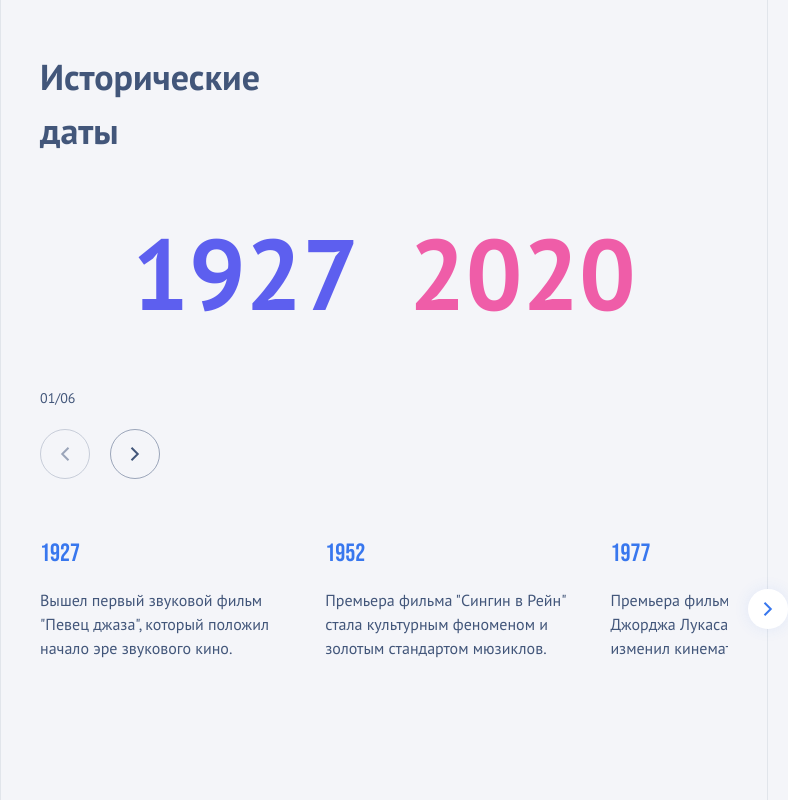
Repository: LenarTulupov/only
Page: /
The author's editor kept a copy of each file at every save. The page is drawn from the files as they stood at one save, then again after a run of saves.
The browser window is 768 px wide. The page is 788 px wide, so the pictures cover 788 px, including what lies to the right of the window. The pictures show the whole page.
The project was rebuilt for these pictures with package versions that can differ from the ones it lists, and the page was loaded fresh each time.

Above is the page before, as saved 2024-12-19 16:55:46.

### public/index.html
<!DOCTYPE html>
<html lang="en">
  <head>
    <meta charset="utf-8" />
    <link rel="icon" href="%PUBLIC_URL%/favicon.ico" />
    <meta name="viewport" content="width=device-width, initial-scale=1" />
    <meta name="theme-color" content="#000000" />
    <meta
      name="description"
      content="Web site created using create-react-app"
    />
    <link rel="apple-touch-icon" href="%PUBLIC_URL%/logo192.png" />
    <link rel="manifest" href="%PUBLIC_URL%/manifest.json" />
    <title>Only Test</title>
  </head>
  <body>
    <noscript>You need to enable JavaScript to run this app.</noscript>
    <div id="root"></div>
  </body>
</html>

### src/index.tsx
import React from 'react';
import ReactDOM from 'react-dom/client';
import Router from './router/router';
import './globals.scss'

const root = ReactDOM.createRoot(
  document.getElementById('root') as HTMLElement
);
root.render(
  <React.StrictMode>
    <Router />
  </React.StrictMode>
);

### src/router/router.tsx
import { BrowserRouter, Route, Routes } from "react-router-dom";
import HomePage from "../pages/home/page";
import PagesLayout from "../layouts/pages-layout";

export default function Router() {
  return (
    <BrowserRouter>
      <Routes>
        <Route element={<PagesLayout />}>
          <Route path="/" element={<HomePage />} />
        </Route>
      </Routes>
    </BrowserRouter>
  )
};

### src/globals.scss
@import url('https://fonts.googleapis.com/css2?family=Bebas+Neue&family=PT+Sans:wght@400;700&display=swap');

:root {
  --background-color: #F4F5F9;
  --main-color: #42567a;
  --main-color-rgba: rgba(66, 86, 122, 0.5);
  --accent-color: #5D5FEF;
  --light-accent-color: #3877EE;
  --accent-second: #EF5DA8;
  --font-main: "PT Sans", serif;
  --font-second: "Bebas Neue", serif;
  --line-height: 150%;
  --font-size-main: 56px;
  --font-size-small: 14px;
  --font-size-big: 200px;
}
body {
  margin: 0;
  padding: 0;
  background-color: var(--background-color);
  color: var(--black-color);
  font-family: var(--font-main);
  line-height: var(--line-height);
}
ul {
  padding: 0;
  margin: 0;
}

li {
  list-style-type: none;
}

a {
  color: var(--black-color);
  text-decoration: none;
}

h1 {
  margin: 0;
}

### src/pages/home/page.tsx
import Container from "../../components/ui/container/container";
import Divider from "../../components/ui/divider/divider";
import HistorySection from "./history/history";
import styles from './page.module.scss';

export default function HomePage() {
  return (
    <div className={styles['home-page']}>
      <Container>
        <div className={styles['home-page__wrapper']}>
          <Divider
            position="vertical"
            className={styles.divider_vertical}
          />
          <HistorySection />
        </div>
      </Container>
    </div>
  )
};

### src/layouts/pages-layout.tsx
import { Outlet } from 'react-router-dom';
import styles from './pages-layout.module.scss';

export default function PagesLayout() {
  return (
    <div className={styles['pages-layout']}>
      <Outlet />
    </div>
  )
};

### src/components/ui/container/container.tsx
import { ReactNode } from "react"
import styles from './container.module.scss';

interface IContainer {
  children: ReactNode;
}

export default function Container({ children }: IContainer) {
  return (
    <div className={styles.container}>
      {children}
    </div>
  )
};

### src/components/ui/divider/divider.tsx
import styles from './divider.module.scss';

interface IDivider {
  position?: 'horizontal' | 'vertical';
  className?: string;
}

export default function Divider({
  position = 'horizontal', className }: IDivider) {
  return <div className={`
    ${styles.divider}
    ${styles[`divider_${position}`]}
    ${className || ''}
  `}/>
};

### src/pages/home/history/history.tsx
import { useState } from "react";
import Title from "../../../components/ui/title/title";
import { circleItems } from "../../../constants/circle-items";
import Circle from "./circle/circle";
import styles from './history.module.scss';
import StepNavigation from "./step-navigation/step-navigation";
import ContentContainer from "../../../components/ui/content-container/content-container";
import Divider from "../../../components/ui/divider/divider";
import Dates from "./dates/dates";
import HistorySlider from "./history-slider/history-slider";

export default function HistorySection() {
  const [activeButton, setActiveButton] = useState<number>(1);
  const activeCategory = circleItems.find((item) => item.id === activeButton);
  const firstDate = activeCategory?.events[0]?.year;
  const lastDate = activeCategory?.events.at(-1)?.year;
  return (
    <section className={styles.history}>
      <Title className={styles.history__title} showBefore>
        Исторические даты
      </Title>
      <div className={styles['history__circle-wrapper']}>
        <Circle
          className={styles.history__circle}
          activeButton={activeButton}
          setActiveButton={setActiveButton}
        />
        <Divider
          position="horizontal"
          className={styles['history__line-center']}
        />
        <Dates
          className={styles.history__dates}
          firstDate={firstDate}
          lastDate={lastDate}
        />
      </div>
      <ContentContainer className={styles['history__content-container']}>
        <StepNavigation
          activeButton={activeButton}
          setActiveButton={setActiveButton}
        />
        <HistorySlider
          activeCategory={activeCategory}
        />
      </ContentContainer>
    </section>
  )
};

### src/pages/home/page.module.scss
.home-page {
  &__wrapper {
    position: relative;
    min-height: 100vh;
    .divider_vertical {
      position: absolute;
      top: 0;
      left: 50%;
      transform: translateX(-50%);
      z-index: -10;
    }
  }

  &__wrapper::before {
    content: "";
    position: absolute;
    top: 0;
    bottom: 0;
    left: 0;
    width: 1px;
    background-color: var(--main-color);
    opacity: 0.1;
  }

  &__wrapper::after {
    content: "";
    position: absolute;
    top: 0;
    bottom: 0;
    right: 0;
    width: 1px;
    background-color: var(--main-color);
    opacity: 0.1;
  }
}
@media(max-width: 768px) {
  .divider_vertical {
    display: none;
  }
}

### src/components/ui/container/container.module.scss
.container {
  max-width: 1440px;
  margin: 0 auto;
}

### src/components/ui/divider/divider.module.scss
.divider {
  background-color: var(--main-color);
  opacity: 0.1;
  &_horizontal {
    width: 100%;
    height: 1px;
  }
  &_vertical {
    width: 1px;
    height: 100%;
  }
}

### src/components/ui/title/title.tsx
import { ReactNode } from 'react';
import styles from './title.module.scss';

interface ITitle {
  children: ReactNode;
  className?: string;
  color?: 'main' | 'blue' | 'light-blue' | 'pink';
  size?: 'main' | 'small'| 'big';
  showBefore?: boolean;
}

export default function Title({
  children,
  className,
  color = 'main',
  size = 'main',
  showBefore = false }: ITitle) {
  return (
    <h1
      className={`
        ${styles.title}
        ${className || ''}
        ${styles[`title__color-${color}`]}
        ${styles[`title__size-${size}`]}
        ${showBefore ? styles['title_before'] : ''}
      `}>
      {children}
    </h1>
  )
};

### src/pages/home/history/circle/circle.tsx
import { useEffect, useRef, Dispatch, SetStateAction } from 'react';
import { gsap } from 'gsap';
import { circleItems } from '../../../../constants/circle-items';
import styles from './circle.module.scss';

interface ICircle {
  className?: string;
  activeButton: number;
  setActiveButton: Dispatch<SetStateAction<number>>;
}

export default function Circle({
  className,
  activeButton,
  setActiveButton }: ICircle) {
  const circleRef = useRef<HTMLDivElement>(null);
  const buttonsRef = useRef<HTMLDivElement[]>([]);

  const handleActiveButton = (btnId: number) => {
    setActiveButton(btnId);
  };

  useEffect(() => {
    const rotationAngle = (1 - activeButton) * 60;
    gsap.to(circleRef.current, {
      rotate: rotationAngle,
      duration: 0.5,
      ease: 'power2.out',
    });

    buttonsRef.current.forEach((btn) => {
      let buttonRotation = 0;

      switch (activeButton) {
        case 2:
          buttonRotation = 60;
          break;
        case 3:
          buttonRotation = 120;
          break;
        case 4:
          buttonRotation = 180;
          break;
        case 5:
          buttonRotation = 240;
          break;
        case 6:
          buttonRotation = 300;
          break;
        default:
          buttonRotation = 0;
          break;
      }

      gsap.to(btn, {
        rotate: buttonRotation,
        duration: 0.5,
        ease: 'power2.out',
      });
    });
  }, [activeButton]);

  return (
    <div ref={circleRef} className={`${styles.circle} ${className || ''}`}>
      {circleItems.map((item, index) => {
        const btnId = index + 1;
        return (
          <div
            key={btnId}
            ref={(el) => (buttonsRef.current[index] = el!)}
            className={`
                ${styles[`circle__btn-${btnId}`]}
                ${styles.circle__btn}
                ${activeButton === btnId ? styles.active : ''}
              `}
            onClick={() => handleActiveButton(btnId)}
          >
            {btnId}
            <span
              className={`
                  ${styles['sub-title']}
                  ${activeButton === btnId ? styles.active : ''}
                `}
            >
              {item.category}
            </span>
          </div>
        );
      })}
    </div>
  );
}

### src/pages/home/history/history.module.scss
.history {
  padding: 50px 0;
  &__title {
    padding-left: 78px;
    width: 353px;
  }
  &__circle-wrapper {
    position: relative;
  }
  &__circle {
    margin: 0 auto;
  }
  &__line-center {
    position: absolute;
    top: 50%;
    left: 0;
    transform: translateY(-50%);
    z-index: -10;
  }
}
@media (max-width: 1100px) {
  .history__dates {
    font-size: 150px;
    gap: 190px !important;
  }
}
@media (max-width: 992px) {
  .history {
    &__title {
      font-size: 46px;
      padding-left: 40px;
    }
  }
}
@media (max-width: 900px) {
  .history__dates {
    font-size: 120px;
  }
}
@media (max-width: 768px) {
  .history {
    &__title {
      font-size: 36px;
      width: 230px;
    }
    &__circle {
      display: none;
    }
    &__circle-wrapper {
      margin: 40px 0;
    }
    &__dates {
      justify-content: center;
      font-size: 100px;
      position: static !important;
      gap: 50px !important;
      transform: translate(0) !important;
      text-align: center;
    }
    &__line-center {
      display: none;
    }
    &__content-container {
      display: flex;
      flex-direction: column;
      &:nth-child(1) {
        order: 2;
      }
      &:nth-child(2) {
        order: 1;
      }
    }
  }
}
@media(max-width: 568px) {
  .history__dates {
    font-size: 80px;
  }
}
@media(max-width: 480px) {
  .history__title {
    padding-left: 20px;
  }
}

### src/pages/home/history/step-navigation/step-navigation.tsx
import { Dispatch, SetStateAction } from "react";
import NavigationButtons from "./navigation-buttons/navigation-buttons";
import SliderStep from "./slider-step/slider-step";
import styles from './step-navigation.module.scss';

interface IStepNavigation {
  className?: string;
  activeButton: number;
  setActiveButton: Dispatch<SetStateAction<number>>;
}

export default function StepNavigation({
  className,
  activeButton,
  setActiveButton }: IStepNavigation) {

    const handleNext = () => {
      setActiveButton((p) => (p < 6 ? p + 1 : 1));
    };

    const handlePrev = () => {
      setActiveButton((p) => (p > 1 ? p - 1 : 6));
    };

    return (
      <div className={`${styles['step-navigation']} ${className || ''}`}>
        <SliderStep activeButton={activeButton} />
        <NavigationButtons
          handleNext={handleNext}
          handlePrev={handlePrev}
          isBeginning={activeButton === 1}
          isEnd={activeButton === 6}
        />
      </div>
    );
};

### src/components/ui/content-container/content-container.tsx
import { ReactNode } from 'react';
import styles from './content-container.module.scss';

interface IContentContainer {
  children: ReactNode;
  className?: string;
}

export default function ContentContainer({
  children, className }: IContentContainer) {
  return (
    <div className={`${styles['content-container']} ${className || ''}`}>
      {children}
    </div>
  )
};

### src/pages/home/history/dates/dates.tsx
import { useEffect, useState } from 'react';
import Title from '../../../../components/ui/title/title';
import styles from './dates.module.scss';

interface IDates {
  className?: string;
  firstDate: string;
  lastDate: string;
}

export default function Dates({ className, firstDate, lastDate }: IDates) {
  const [currentFirstDate, setCurrentFirstDate] = useState(Number(firstDate));
  const [currentLastDate, setCurrentLastDate] = useState(Number(lastDate));

  useEffect(() => {
    const animateNumber = (
      from: number,
      to: number,
      setNumber: React.Dispatch<React.SetStateAction<number>>
    ) => {
      const stepTime = 20;
      const steps = 50;
      const delta = (to - from) / steps;

      let currentStep = 0;
      const interval = setInterval(() => {
        currentStep += 1;
        const nextValue = from + delta * currentStep;
        setNumber(Math.round(nextValue));

        if (currentStep >= steps) {
          clearInterval(interval);
          setNumber(to);
        }
      }, stepTime);
    };

    animateNumber(Number(currentFirstDate), Number(firstDate), setCurrentFirstDate);
    animateNumber(Number(currentLastDate), Number(lastDate), setCurrentLastDate);
  }, [firstDate, lastDate]);
  return (
    <div className={`${styles.dates} ${className || ''}`}>
      <Title className={className} color='blue' size='big'>{currentFirstDate}</Title>
      <Title className={className} color='pink' size='big'>{currentLastDate}</Title>
    </div>
  )
};

### src/pages/home/history/history-slider/history-slider.tsx
import { useEffect, useRef, useState } from "react";
import { Swiper, SwiperClass, SwiperSlide } from "swiper/react";
import { Navigation, Pagination } from "swiper/modules";
import { IHistorySlider } from "../../../../types/history-slider.interface";
import SliderContent from "./slider-content/slider-content";
import ArrowButton from "../../../../components/ui/arrow-button/arrow-button";
import "swiper/css";
import "swiper/css/navigation";
import "swiper/css/pagination";
import styles from "./history-slider.module.scss";

export default function HistorySlider({ className, activeCategory }: IHistorySlider) {
  const [prevCategory, setPrevCategory] = useState(activeCategory);
  const [isBeginning, setIsBeginning] = useState(true);
  const [isEnd, setIsEnd] = useState(false);
  const containerRef = useRef<HTMLDivElement | null>(null);
  const prevRef = useRef<HTMLDivElement | null>(null);
  const nextRef = useRef<HTMLDivElement | null>(null);
  const swiperRef = useRef<SwiperClass | null>(null);

  useEffect(() => {
    if (prevCategory?.id !== activeCategory?.id) {
      if (containerRef.current) {
        containerRef.current.classList.add(styles["fade-out"]);

        setTimeout(() => {
          if (containerRef.current) {
            containerRef.current.classList.remove(styles["fade-out"]);
            setPrevCategory(activeCategory);
            containerRef.current.classList.add(styles["fade-in"]);

            setTimeout(() => {
              if (containerRef.current) {
                containerRef.current.classList.remove(styles["fade-in"]);
              }
            }, 500);
          }
        }, 500);
      }
    }
  }, [activeCategory, prevCategory]);

  useEffect(() => {
    if (swiperRef.current) {
      const { navigation } = swiperRef.current.params;

      if (navigation && typeof navigation !== 'boolean') {
        navigation.prevEl = prevRef.current;
        navigation.nextEl = nextRef.current;

        swiperRef.current.navigation.destroy();
        swiperRef.current.navigation.init();
        swiperRef.current.navigation.update();
      }

      setIsBeginning(swiperRef.current.isBeginning);
      setIsEnd(swiperRef.current.isEnd);

      swiperRef.current.on("slideChange", () => {
        setIsBeginning(swiperRef.current.isBeginning);
        setIsEnd(swiperRef.current.isEnd);
      });

      return () => {
        swiperRef.current?.off("slideChange");
      };
    }
  }, [activeCategory]);

  useEffect(() => {
    if (swiperRef.current) {
      swiperRef.current.slideTo(0, 0);
    }
  }, [activeCategory]);

  return (
    <div
      ref={containerRef}
      className={`${className || ""} ${styles["history-slider"]}`}
    >
      <Swiper
        spaceBetween={40}
        slidesPerView={1.5}
        modules={[Navigation, Pagination]}
        pagination={{ clickable: true}}
        onSwiper={(swiper) => {
          swiperRef.current = swiper;
        }}
        breakpoints={{
          1200: {
            spaceBetween: 80,
            slidesPerView: 3.5,
            pagination: false
          },
          768: {
            slidesPerView: 2.5,
            spaceBetween: 25,
            pagination: false
          },

        }}
      >
        {activeCategory?.events.map((event) => (
          <SwiperSlide key={event.id}>
            <SliderContent year={event.year} text={event.title} />
          </SwiperSlide>
        ))}
      </Swiper>

      {!isBeginning && (
        <div ref={prevRef} className={styles.prev}>
          <ArrowButton
            onClick={() => swiperRef.current?.slidePrev()}
            slider
            disabled={isBeginning}
          />
        </div>
      )}
      {!isEnd && (
        <div ref={nextRef} className={styles.next}>
          <ArrowButton
            rotation="right"
            onClick={() => swiperRef.current?.slideNext()}
            slider
            disabled={isEnd}
          />
        </div>
      )}
    </div>
  );
}

### src/components/ui/title/title.module.scss
.title {
  line-height: 150%;
  position: relative;
  &::before {
    content: "";
    position: absolute;
    top: 50%;
    transform: translateY(-50%);
    left: 0;
    height: 120px;
    width: 6px;
    background: linear-gradient(to bottom, var(--accent-color) 0%, var(--accent-second) 100%);
    visibility: hidden;
  }
  &.title_before::before {
    visibility: visible;
    @media(max-width: 768px) {
      visibility: hidden;
    }
  }
  &__color-main {
    color: var(--main-color);
  }

  &__color-blue {
    color: var(--accent-color);
  }
  &__color-light-blue {
    color: var(--light-accent-color);
  }

  &__color-pink {
    color: var(--accent-second);
  }

  &__size-main {
    font-size: var(--font-size-main);
  }
  &__size-small {
    font-size: var(--font-size-small);
  }

  &__size-big {
    font-size: var(--font-size-big);
  }
}

### src/pages/home/history/circle/circle.module.scss
.circle {
  position: relative;
  width: 530px;
  height: 530px;
  border: 1px solid rgba(66, 86, 122, 0.1);
  border-radius: 100%;
  display: flex;
  justify-content: center;
  align-items: center;
  transform-origin: center;
}

.circle__btn {
  position: absolute;
  display: flex;
  align-items: center;
  justify-content: center;
  width: 6px;
  height: 6px;
  border: none;
  background-color: var(--main-color);
  border-radius: 100%;
  color: var(--main-color);
  line-height: 30px;
  font-size: 0;
  cursor: pointer;
  transition: width 0.3s ease-in-out, height 0.3s ease-in-out, font-size 0.3s ease-in-out;
}

.circle__btn::before {
  content: "";
  position: absolute;
  top: 50%;
  left: 50%;
  transform: translate(-50%, -50%);
  width: 25px;
  height: 25px;
  border-radius: 100%;
  background: transparent;
}

.sub-title {
  position: absolute;
  top: 50%;
  left: 0;
  transform: translateY(-50%);
  margin-left: 76px;
  font-weight: bold;
  opacity: 0;
  transition: opacity 0.3s ease-in-out;
}

.sub-title.active {
  opacity: 1;
}

.circle__btn:hover,
.circle__btn.active {
  width: 56px;
  height: 56px;
  font-size: 16px;
  background-color: #f4f5f9;
  outline: 1px solid rgba(48, 62, 88, 0.5);
}

.circle__btn-1 {
  transform: rotate(300deg) translateX(265px) rotate(-300deg);
}
.circle__btn-2 {
  transform: rotate(0deg) translateX(265px) rotate(0deg);
}
.circle__btn-3 {
  transform: rotate(60deg) translateX(265px) rotate(-60deg);
}
.circle__btn-4 {
  transform: rotate(120deg) translateX(265px) rotate(-120deg);
}
.circle__btn-5 {
  transform: rotate(180deg) translateX(265px) rotate(-180deg);
}
.circle__btn-6 {
  transform: rotate(240deg) translateX(265px) rotate(-240deg);
}

### src/pages/home/history/step-navigation/navigation-buttons/navigation-buttons.tsx
import ArrowButton from '../../../../../components/ui/arrow-button/arrow-button';
import styles from './navigation-buttons.module.scss';

interface INavigationButtons {
  handleNext: () => void;
  handlePrev: () => void;
  isBeginning: boolean;
  isEnd: boolean;
}

export default function NavigationButtons({
  handleNext,
  handlePrev,
  isBeginning,
  isEnd }: INavigationButtons) {
  return (
    <div className={styles['navigation-buttons']}>
      <ArrowButton
        onClick={handlePrev}
        disabled={isBeginning}
      />
      <ArrowButton
        rotation='right'
        onClick={handleNext}
        disabled={isEnd}
      />
    </div>
  );
};

### src/pages/home/history/step-navigation/slider-step/slider-step.tsx
import Title from "../../../../../components/ui/title/title";
import styles from './slider-step.module.scss';

interface ISliderStep {
  activeButton: number;
}

export default function SliderStep({ activeButton }: ISliderStep) {
  return <Title size="small" className={styles.font}>0{activeButton}/06</Title>
};

### src/pages/home/history/step-navigation/step-navigation.module.scss
.step-navigation {
  display: flex;
  flex-direction: column;
  row-gap: 20px;
}

### src/components/ui/content-container/content-container.module.scss
.content-container {
  max-width: 1440px;
  margin: 0 auto;
  padding: 0 80px;
  @media(max-width: 768px) {
    padding: 0 40px;
  }
  @media(max-width: 480px) {
    padding: 0 20px;
  }
}

### src/pages/home/history/dates/dates.module.scss
.dates {
  position: absolute;
  top: 50%;
  left: 50%;
  transform: translate(-50%, -50%);
  display: flex;
  gap: 80px;
  z-index: -1;
}

### src/pages/home/history/history-slider/slider-content/slider-content.tsx
import Text from "../../../../../components/ui/text/text";
import Title from "../../../../../components/ui/title/title";
import styles from './slider-content.module.scss';

interface ISliderContent {
  year: string;
  text: string;
}

export default function SliderContent({ year, text }: ISliderContent) {
  return (
    <div className={styles['slider-content']}>
      <Title
        size="small"
        color="light-blue"
        className={styles['slider-content__title']}
      >
        {year}
      </Title>
      <Text text={text} />
    </div>
  )
};

### src/components/ui/arrow-button/arrow-button.tsx
import styles from './arrow-button.module.scss';

interface IArrowButton {
  rotation?: 'left' | 'right'
  onClick?: () => void;
  slider?: boolean;
  disabled?: boolean;
  className?: string;
}

export default function ArrowButton({
  rotation,
  onClick,
  slider = false,
  disabled = false,
  className}: IArrowButton) {
  return (
    <button
      className={`
        ${styles['arrow-button']}
        ${styles[rotation]}
        ${slider ? styles['arrow-button_slider'] : ''}
        ${className || ''}
        ${disabled ? styles.disabled : ''}
      `}
      onClick={onClick}
      disabled={disabled}
    >
      <svg width="10" height="14" viewBox="0 0 10 14" fill="none" xmlns="http://www.w3.org/2000/svg">
        <path d="M8.49988 0.750001L2.24988 7L8.49988 13.25" stroke="#42567A" stroke-width="2" />
      </svg>
    </button>
  )
};

### src/pages/home/history/history-slider/history-slider.module.scss
.history-slider {
  position: relative;
  margin-top: 56px;
}
.next {
  position: absolute;
  top: 50%;
  transform: translateY(-50%);
  right: -60px;
  z-index: 10;
}
.prev {
  position: absolute;
  top: 50%;
  transform: translateY(-50%);
  left: -60px;
  z-index: 10;
}

.fade-out {
  opacity: 0;
  transition: opacity 0.5s ease;
}
.fade-in {
  opacity: 1;
  transition: opacity 0.5s ease;
}

### src/pages/home/history/step-navigation/navigation-buttons/navigation-buttons.module.scss
.navigation-buttons {
  display: flex;
  column-gap: 20px;
}
.disabled {
  opacity: .5;
  cursor: auto;
}

### src/pages/home/history/step-navigation/slider-step/slider-step.module.scss
.font {
  font-weight: 400;
}

### src/components/ui/text/text.tsx
import styles from './text.module.scss';

interface IText {
  text: string;
}

export default function Text({ text }: IText) {
  return (
    <div className={styles.text}>
        { text }
    </div>
  )
};

### src/pages/home/history/history-slider/slider-content/slider-content.module.scss
.slider-content {
  display: flex;
  flex-direction: column;
  row-gap: 15px;
  cursor: grabbing;
  &__title {
    font-family: var(--font-second);
    font-weight: 400;
    font-size: 25px;
  }
}

### src/components/ui/arrow-button/arrow-button.module.scss
.arrow-button {
  width: 50px;
  height: 50px;
  display: flex;
  align-items: center;
  justify-content: center;
  border: 1px solid var(--main-color-rgba);
  background-color: transparent;
  border-radius: 100%;
  cursor: pointer;
}
.arrow-button_slider {
  width: 40px;
  height: 40px;
  background-color: #fff;
  border: none;
  box-shadow: 0 0 15px 0 rgba(56, 119, 238, 0.1);
  svg path {
    stroke: var(--light-accent-color);
  }
}
.left {
  transform: rotate(0deg);
}
.right {
  transform: rotate(180deg);
}
.disabled {
  opacity: .5;
  cursor: auto;
}

### src/components/ui/text/text.module.scss
.text {
  color: var(--main-color);
}

Loaded but not shown: src/constants/circle-items.ts (122 lines, source omitted); src/layouts/pages-layout.module.scss (no stored copy; drawn as an empty file)

After the next 4 saves:
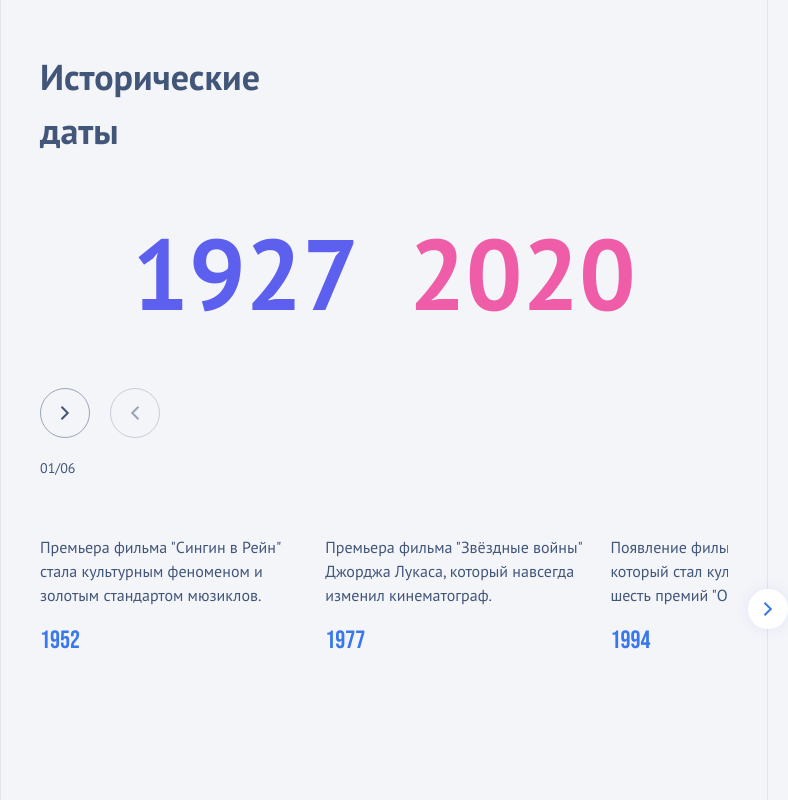
The 4 saves are shown as one change because they came seconds apart.
The last was saved 60 s later.
--- a/src/pages/home/history/history.module.scss
+++ b/src/pages/home/history/history.module.scss
@@ -63,12 +63,10 @@
     &__content-container {
       display: flex;
       flex-direction: column;
-      &:nth-child(1) {
+      & > * :nth-child(1) {
         order: 2;
       }
-      &:nth-child(2) {
-        order: 1;
-      }
+
     }
   }
 }
